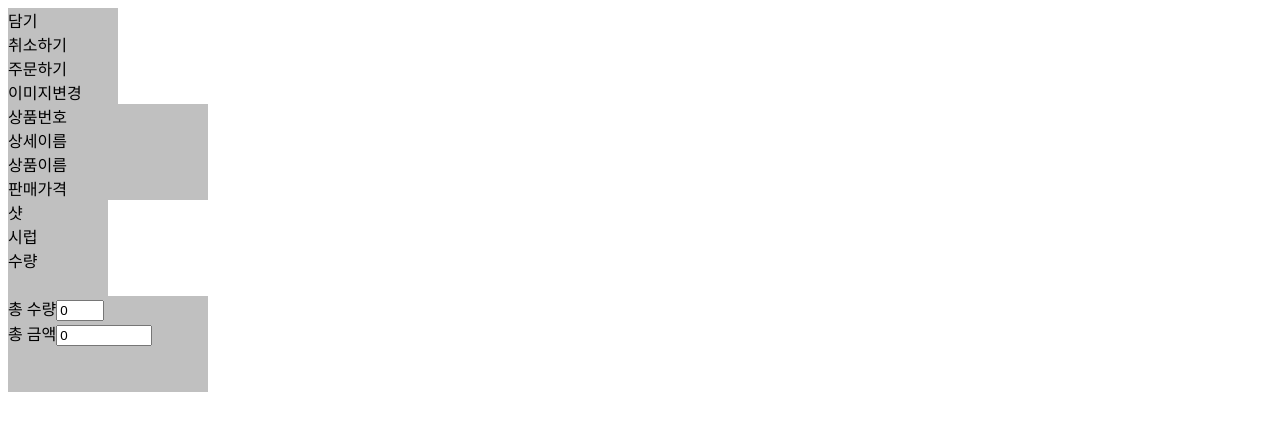
Repository: DevJoeYC/Metabukcs
Page: metabucks/WebContent/PROTO2/product/option.html
The author's editor kept a copy of each file at every save. The page is drawn from the files as they stood at one save, then again after the next save.
The browser window is 1280 px wide. The pictures show the whole page.

Above is the page before, as saved 2022-05-26 16:15:22.

### metabucks/WebContent/PROTO2/product/option.html
<div style="width: 180px; height:9rem; background-color:silver; display:none;" class="left">
샷추가(최대2)<br>
<span class="plus" onclick="setInputNumber(this,0,2)">+</span>
<input type="number" value="0" min="0" max="2" style="width:2rem;" class="option" id="opt1">
<span class="minus" onclick="setInputNumber(this,0,2)">-</span>
<br>시럽추가(최대3)<br>
<span class="plus" onclick="setInputNumber(this,0,3)">+</span>
<input type="number" value="0" min="0" max="3" style="width:2rem;" class="option" id="opt2">
<span class="minus" onclick="setInputNumber(this,0,3)">-</span>
<br>수량 선택<br>
<span class="plus" onclick="setInputNumber(this,1,10)">+</span>
<input type="number" value="1" min="0" style="width:2em;" class="option" id="opt3">
<span class="minus" onclick="setInputNumber(this,1,10)">-</span>
</div>

<div style="width: 110px; height:6rem; background-color:silver;" class="left">
<div class="btn" onclick="putItemIntoCart();clearOption();">담기</div>
<div class="btn" onclick="clearCart();">취소하기</div>
<div class="btn" onclick="order();">주문하기</div>
<div class="btn" onclick="UpdateIMG();">이미지변경</div>
</div>

<div style="width: 200px; height:6rem; background-color:silver;" class="left">
상품번호<span id="pro_no"></span><br>
상세이름<span id="pro_name"></span><br>
상품이름<span id="div_name"></span><br>
판매가격<span id="sel_price"></span><br>
</div>

<div style="width: 100px; height:6rem; background-color:silver;" class="left">
샷<span id="sel_opt1"></span><br>
시럽<span id="sel_opt2"></span><br>
수량<span id="sel_opt3"></span><br>
</div>

<div style="width: 200px; height:6rem; background-color:silver;" class="left">
<div class="cart" id="totalCount">총 수량<input type="number" value="0" id="count" style="width:3rem;" readonly></div>
<div class="cart" id="totalPrice">총 금액<input type="number" value="0" id="price" style="width:6rem;" readonly></div>
<div style="width:100px; height:1.5rem; background-color:silver;" id="order_no_list"></div>
</div>

After the next save:
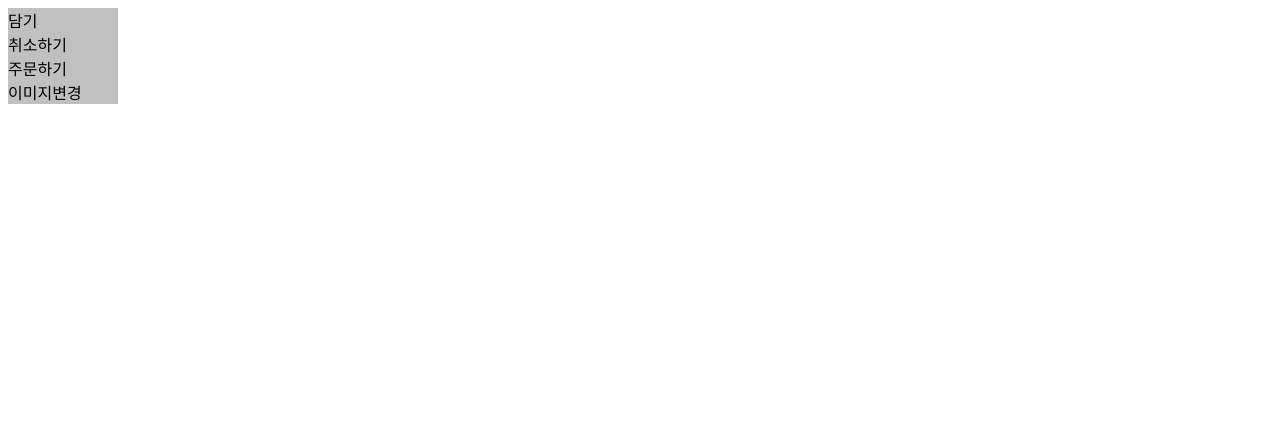
Saved 22 s later.
--- a/metabucks/WebContent/PROTO2/product/option.html
+++ b/metabucks/WebContent/PROTO2/product/option.html
@@ -20,20 +20,20 @@
 <div class="btn" onclick="UpdateIMG();">이미지변경</div>
 </div>
 
-<div style="width: 200px; height:6rem; background-color:silver;" class="left">
+<div style="width: 200px; height:6rem; background-color:silver; display:none;" class="left">
 상품번호<span id="pro_no"></span><br>
 상세이름<span id="pro_name"></span><br>
 상품이름<span id="div_name"></span><br>
 판매가격<span id="sel_price"></span><br>
 </div>
 
-<div style="width: 100px; height:6rem; background-color:silver;" class="left">
+<div style="width: 100px; height:6rem; background-color:silver; display:none;" class="left">
 샷<span id="sel_opt1"></span><br>
 시럽<span id="sel_opt2"></span><br>
 수량<span id="sel_opt3"></span><br>
 </div>
 
-<div style="width: 200px; height:6rem; background-color:silver;" class="left">
+<div style="width: 200px; height:6rem; background-color:silver; display:none;" class="left">
 <div class="cart" id="totalCount">총 수량<input type="number" value="0" id="count" style="width:3rem;" readonly></div>
 <div class="cart" id="totalPrice">총 금액<input type="number" value="0" id="price" style="width:6rem;" readonly></div>
 <div style="width:100px; height:1.5rem; background-color:silver;" id="order_no_list"></div>
